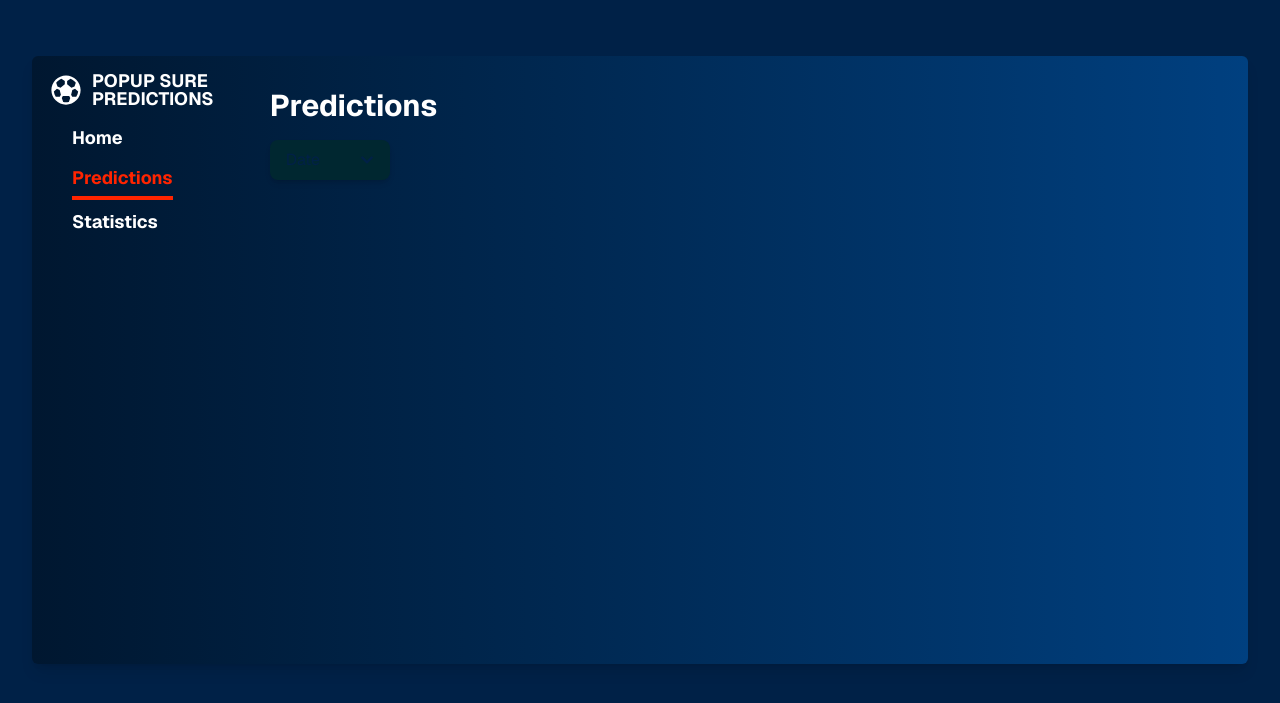
Repository: prototypedave/AlgoFooty
Page: /predictions (app in frontend/algo-footy/)
These files come from the project's save history. The page is drawn as it stood at one moment and after the next save; the edit follows.
The browser window is 1280 px wide. The pictures show the whole page.
The project was rebuilt for these pictures with package versions that can differ from the ones it lists, and the page was loaded fresh each time. The framework's server and built-in components were replaced by stand-ins that run in the browser. Also part of the build but not shown: frontend/algo-footy/next.config.ts.

Above is the page before, as saved 2025-11-03 06:59:15.

After the next save:
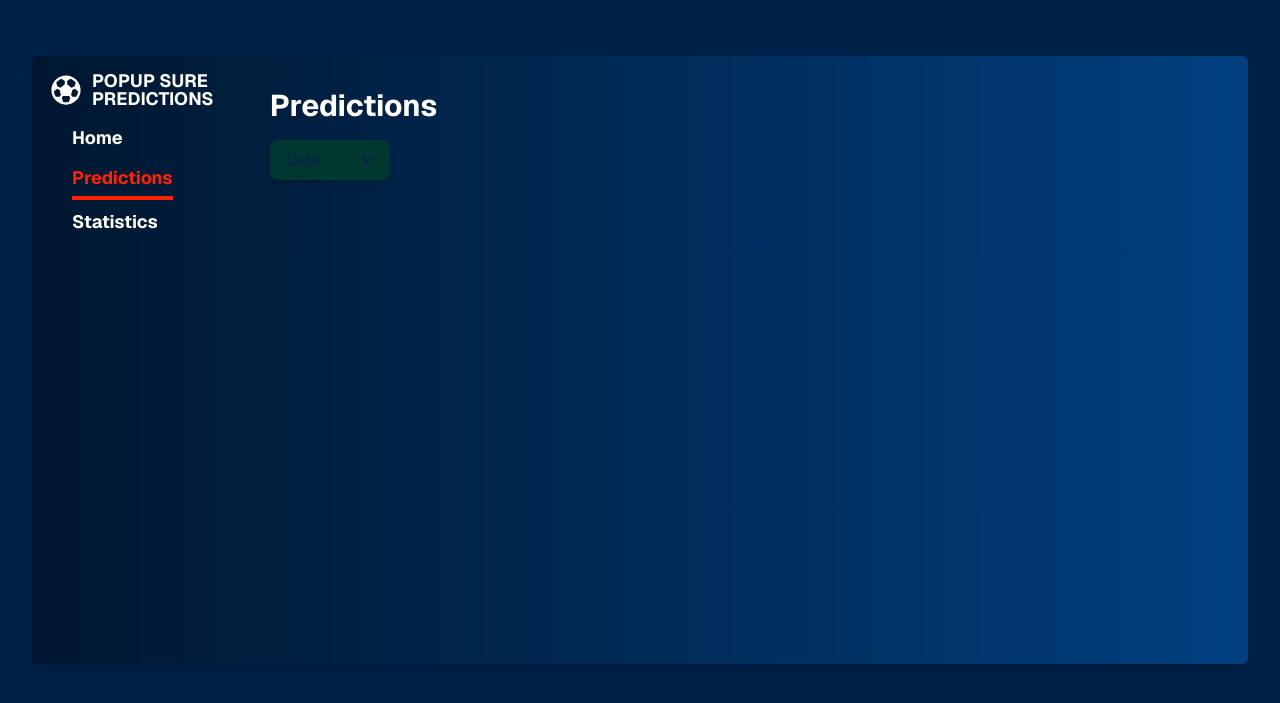
Saved 12 s later.
--- a/frontend/algo-footy/components/dropdown.tsx
+++ b/frontend/algo-footy/components/dropdown.tsx
@@ -10,7 +10,7 @@ export default function DropdownButton() {
       {/* Button */}
       <button
         onClick={() => setOpen(!open)}
-        className="flex items-center justify-between gap-10 bg-[#002730] text-oxford-blue px-4 py-2 rounded-lg shadow-md hover:bg-gray-100 transition"
+        className="flex items-center justify-between gap-10 bg-[#003730] text-oxford-blue px-4 py-2 rounded-lg shadow-md hover:bg-gray-100 transition"
       >
         Date
         {open ? (
